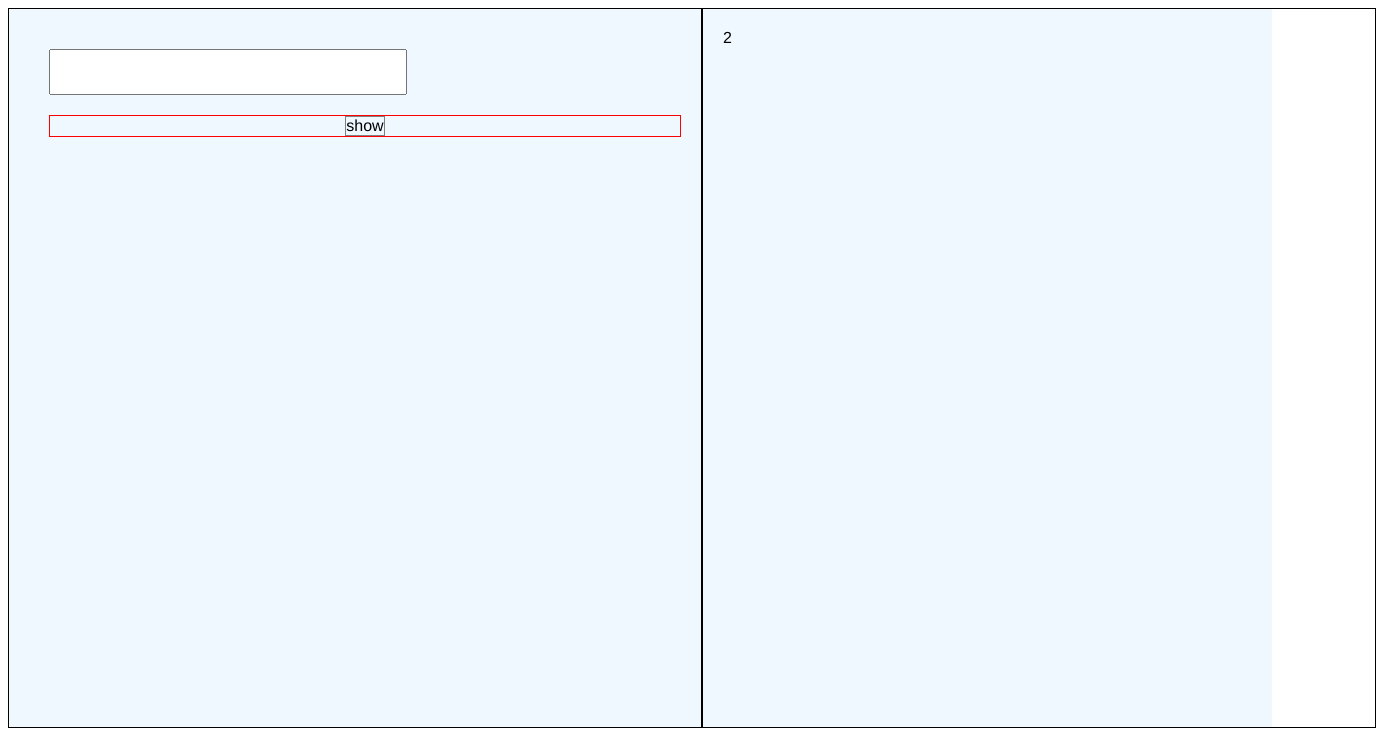
Repository: andrii1/react-gifs
Page: /
An editor plug-in stored every save of this project. The page is shown before and after the next save, followed by the edit.
The browser window is 1280 px wide. The page is 1376 px wide, so the pictures cover 1376 px, including what lies to the right of the window. The pictures show the whole page.
The project was rebuilt for these pictures with package versions that can differ from the ones it lists, and the page was loaded fresh each time. Also part of the build but not shown: webpack.config.js.

Above is the page before, as saved 2022-02-11 15:43:48.

After the next save:
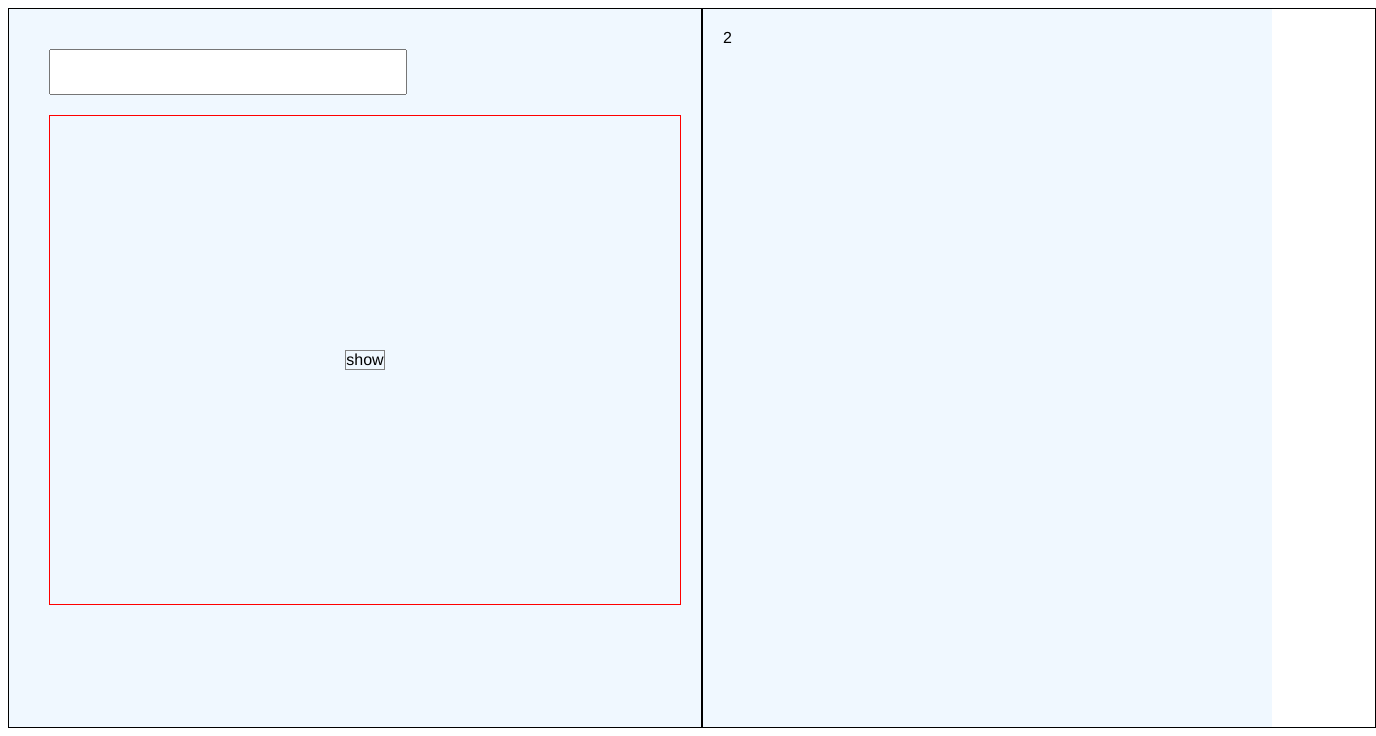
Saved 71 s later.
--- a/assets/stylesheets/application.scss
+++ b/assets/stylesheets/application.scss
@@ -42,7 +42,7 @@ input[type=text] {
 }
 
 .show {
-  flex: 0 0 50%;
+  height: calc(100vh - 232px);
   display: flex;
   align-items: center;
   justify-content: center;
